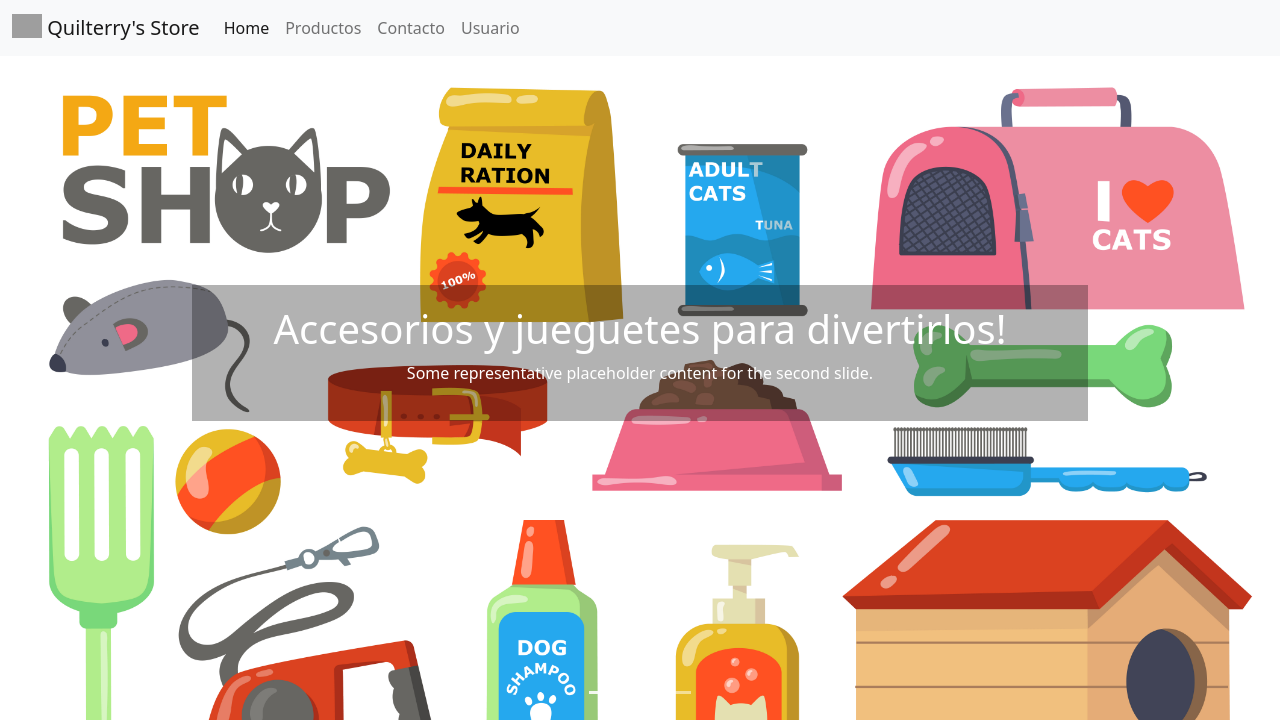
Repository: mormazabal141046/duoc_django_prueba
Page: http://localhost/
These files come from the project's save history. The page is drawn as it stood at one moment and after the next save; the edit follows.
The browser window is 1280 px wide. The pictures show the whole page.
Pictures or frames that could not be fetched are drawn as grey boxes. Some web libraries are served in a nearby version. The page is served by the project's application, run on Django 4.2 (manage.py). Other server files are loaded and not shown.

Above is the page before, as saved 2022-05-18 16:11:08.

### duoc_django_prueba/template/index.html
{% extends "main-template.html" %}{% load static %}
{% block title %} Home {% endblock %}
{% block content %}
<div id="carouselExampleCaptions" class="carousel body-carousel" data-bs-ride="carousel">
    <div class="carousel-indicators">
      <button type="button" data-bs-target="#carouselExampleCaptions" data-bs-slide-to="0" class="active" aria-current="true" aria-label="Slide 1"></button>
      <button type="button" data-bs-target="#carouselExampleCaptions" data-bs-slide-to="1" aria-label="Slide 2"></button>
      <button type="button" data-bs-target="#carouselExampleCaptions" data-bs-slide-to="2" aria-label="Slide 3"></button>
    </div>
    <div class="carousel-inner">
      <div class="carousel-item active">
        <img src="{% static 'img/slider/bg-01.webp' %}" class="d-block w-100" alt="...">
        <div class="carousel-caption d-none d-md-block">
          <h1>Alimentos para tu Mascota</h1>
          <p>Some representative placeholder content for the first slide.</p>
        </div>
      </div>
      <div class="carousel-item">
        <img src="{% static 'img/slider/bg-02.jpg' %}" class="d-block w-100" alt="...">
        <div class="carousel-caption d-none d-md-block">
          <h1>Accesorios y jueguetes para divertirlos!</h1>
          <p>Some representative placeholder content for the second slide.</p>
        </div>
      </div>
      <!-- <div class="carousel-item">
        <img src="..." class="d-block w-100" alt="...">
        <div class="carousel-caption d-none d-md-block">
          <h5>Third slide label</h5>
          <p>Some representative placeholder content for the third slide.</p>
        </div>
      </div> -->
    </div>
    <button class="carousel-control-prev" type="button" data-bs-target="#carouselExampleCaptions" data-bs-slide="prev">
      <span class="carousel-control-prev-icon" aria-hidden="true"></span>
      <span class="visually-hidden">Previous</span>
    </button>
    <button class="carousel-control-next" type="button" data-bs-target="#carouselExampleCaptions" data-bs-slide="next">
      <span class="carousel-control-next-icon" aria-hidden="true"></span>
      <span class="visually-hidden">Next</span>
    </button>
  </div>

{% endblock %}

### duoc_django_prueba/template/parent/main-template.html
{% load static %}
<!DOCTYPE html>
<html lang="en">
<head>
    <meta charset="UTF-8">
    <meta http-equiv="X-UA-Compatible" content="IE=edge">
    <meta name="viewport" content="width=device-width, initial-scale=1.0">
    <title>{% block title %}{%  endblock %}</title>
    <link rel="stylesheet" href="{% static 'css/style.css'%}">
    <link href="https://cdn.jsdelivr.net/npm/bootstrap@5.1.3/dist/css/bootstrap.min.css" rel="stylesheet" integrity="sha384-1BmE4kWBq78iYhFldvKuhfTAU6auU8tT94WrHftjDbrCEXSU1oBoqyl2QvZ6jIW3" crossorigin="anonymous">
</head>
<body>
    <nav class="navbar navbar-expand-lg navbar-light bg-light">
        <div class="container-fluid">
          <a class="navbar-brand mr-3" href="#">
            <img src="https://img.icons8.com/ios/500/pets--v1.png" alt="" width="30" height="24" class="d-inline-block align-text-top">
            Quilterry's Store
          </a>
          <button class="navbar-toggler" type="button" data-bs-toggle="collapse" data-bs-target="#navbarNavDropdown" aria-controls="navbarNavDropdown" aria-expanded="false" aria-label="Toggle navigation">
            <span class="navbar-toggler-icon"></span>
          </button>
          <div class="collapse navbar-collapse" id="navbarNavDropdown">
            <ul class="navbar-nav">
              <li class="nav-item">
                <a class="nav-link active" aria-current="page" href="/">Home</a>
              </li>
              <li class="nav-item">
                <a class="nav-link" href="/productos">Productos</a>
              </li>
              <li class="nav-item">
                <a class="nav-link" href="/contacto">Contacto</a>
              </li>
              <li class="nav-item">
                <a class="nav-link" href="/usuario">Usuario</a>
              </li>
            </ul>
          </div>
        </div>
      </nav>
    {% block content %}

    {%  endblock %}


    <script src="https://cdn.jsdelivr.net/npm/@popperjs/core@2.10.2/dist/umd/popper.min.js" integrity="sha384-7+zCNj/IqJ95wo16oMtfsKbZ9ccEh31eOz1HGyDuCQ6wgnyJNSYdrPa03rtR1zdB" crossorigin="anonymous"></script>
    <script src="https://cdn.jsdelivr.net/npm/bootstrap@5.1.3/dist/js/bootstrap.min.js" integrity="sha384-QJHtvGhmr9XOIpI6YVutG+2QOK9T+ZnN4kzFN1RtK3zEFEIsxhlmWl5/YESvpZ13" crossorigin="anonymous"></script>
</body>
</html>

### duoc_django_prueba/views/home.py
from django.shortcuts import render

def index(request):
    print('Retornar pagina index.html')
    return render(request, 'index.html')

### duoc_django_prueba/urls.py
"""duoc_django_prueba URL Configuration

The `urlpatterns` list routes URLs to views. For more information please see:
    https://docs.djangoproject.com/en/4.0/topics/http/urls/
Examples:
Function views
    1. Add an import:  from my_app import views
    2. Add a URL to urlpatterns:  path('', views.home, name='home')
Class-based views
    1. Add an import:  from other_app.views import Home
    2. Add a URL to urlpatterns:  path('', Home.as_view(), name='home')
Including another URLconf
    1. Import the include() function: from django.urls import include, path
    2. Add a URL to urlpatterns:  path('blog/', include('blog.urls'))
"""
from django.contrib import admin
from django.urls import path
from duoc_django_prueba.views.home import index
from duoc_django_prueba.views.product import index_product
from duoc_django_prueba.views.contact import index_contact
from duoc_django_prueba.views.user import index_user



urlpatterns = [
    path('admin/', admin.site.urls),
    path('', index),
    path('productos/', index_product),
    path('contacto/', index_contact),
    path('usuario/', index_user)
]

### duoc_django_prueba/static/css/style.css
.carousel-item{
    max-height: calc(100vh - 56px) !important;
}
.carousel-caption{
    bottom: 45% !important;
    background: rgba(0,0,0,0.3);
}

After the next save:
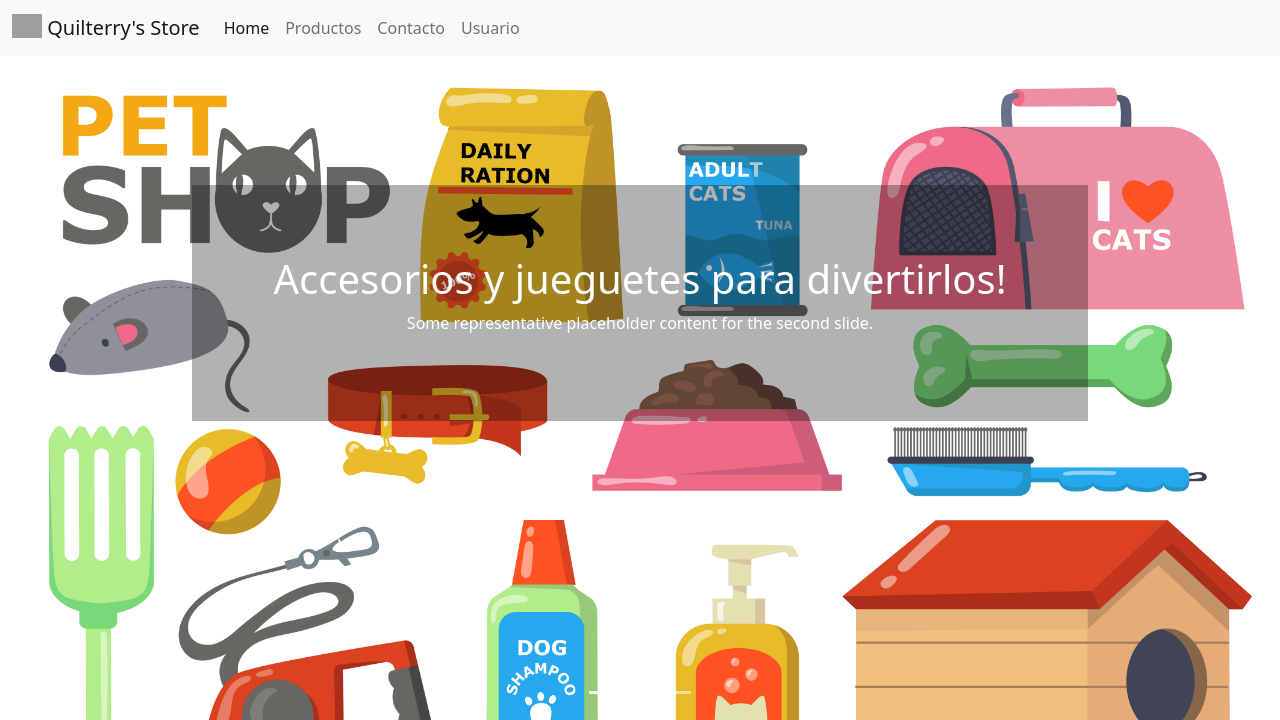
Saved 27 s later.
--- a/duoc_django_prueba/static/css/style.css
+++ b/duoc_django_prueba/static/css/style.css
@@ -4,4 +4,5 @@
 .carousel-caption{
     bottom: 45% !important;
     background: rgba(0,0,0,0.3);
+    padding: 70px 30px !important;
 }
